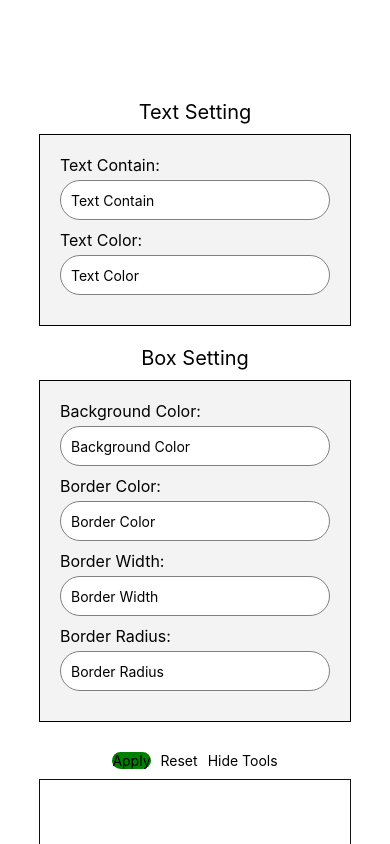
Repository: amirjavadikia/mobile-projectg
Screen: /
The author's editor kept a copy of each file at every save. The screen is drawn from the files as they stood at one save, then again after the next save.
The app was drawn by React Native's web renderer in a window 390 px wide. The project was rebuilt for these pictures with package versions that can differ from the ones it lists, and the page was loaded fresh each time.

Above is the screen before, as saved 2024-05-14 22:13:24.

After the next save:
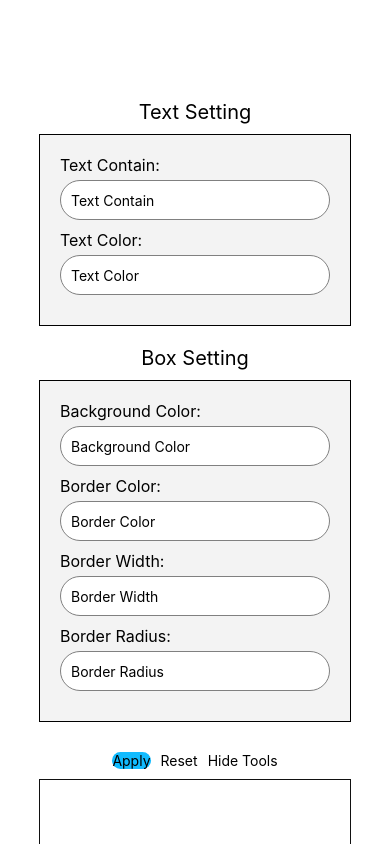
Saved 51 s later.
--- a/App.tsx
+++ b/App.tsx
@@ -302,7 +302,7 @@ const styles = StyleSheet.create({
   applyButton: {
     marginRight: 10,
     borderRadius: 20,
-    backgroundColor: 'green'
+    backgroundColor: '#1bf'
   },
   resetButton: {
     marginRight: 10
